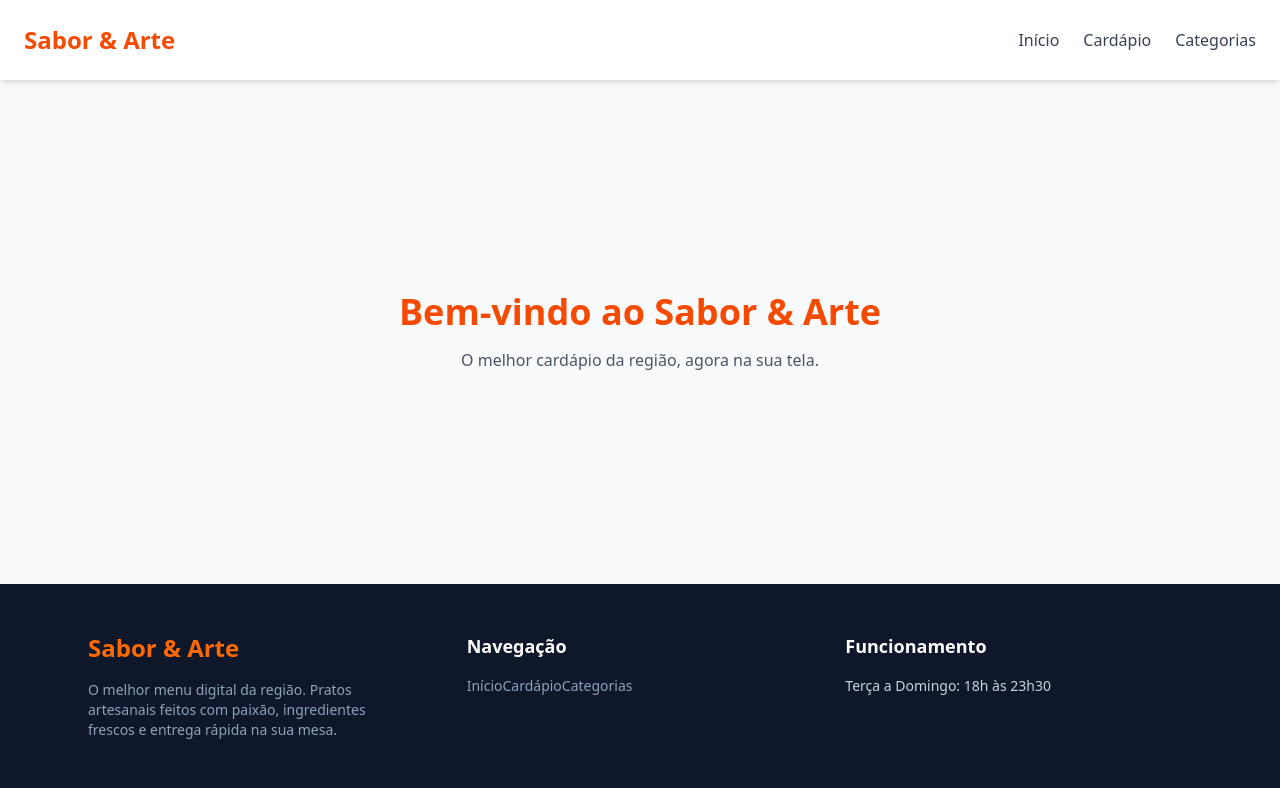
Repository: LuigiBLombardo/Next---Atividade
Page: / (app in sistema-cardapio/)
These files come from the project's save history. The page is drawn as it stood at one moment and after the next save; the edit follows.
The browser window is 1280 px wide. The pictures show the whole page.
The project was rebuilt for these pictures with package versions that can differ from the ones it lists, and the page was loaded fresh each time. The framework's server and built-in components were replaced by stand-ins that run in the browser. Also part of the build but not shown: sistema-cardapio/next.config.mjs.

Above is the page before, as saved 2026-09-04 19:36:09.

After the next save:
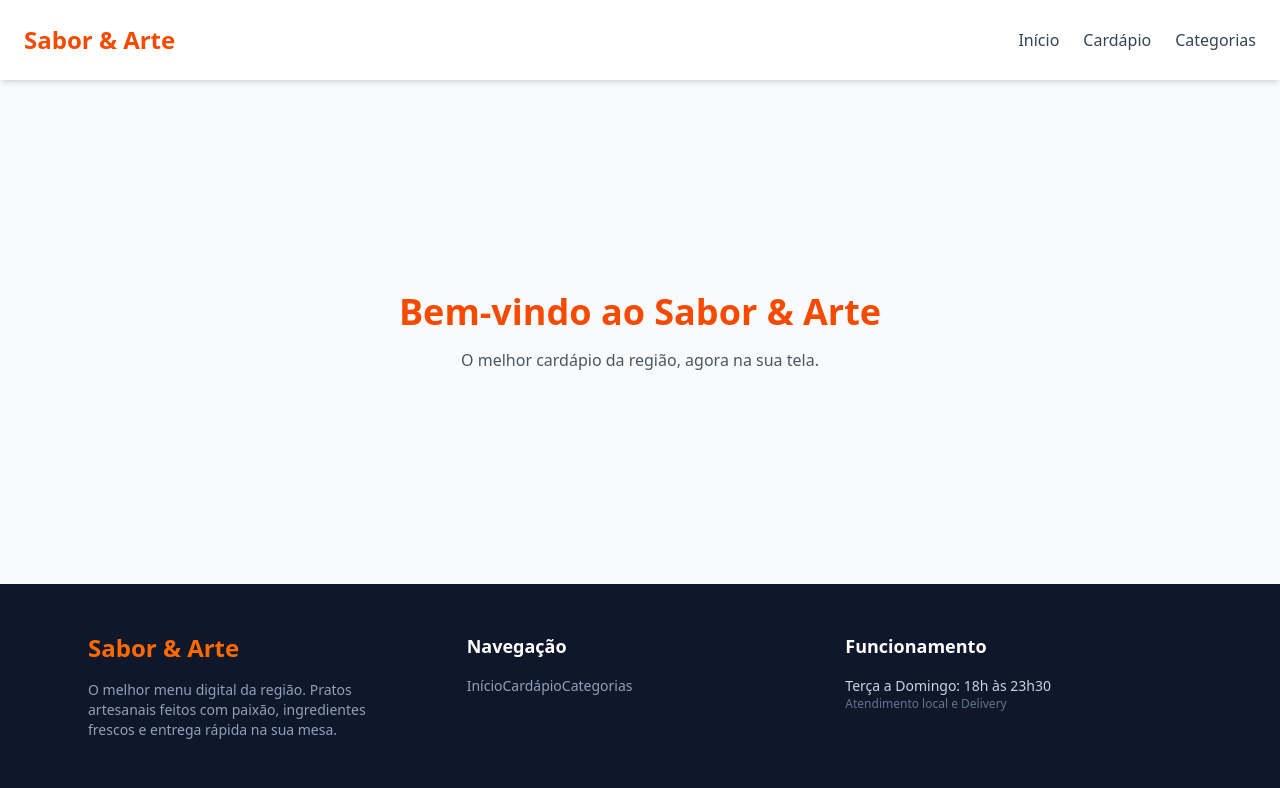
Saved 12 s later.
--- a/sistema-cardapio/src/components/Footer.js
+++ b/sistema-cardapio/src/components/Footer.js
@@ -37,7 +37,7 @@ export default function Footer(){
                         Terça a Domingo: 18h às 23h30
                     </p>
                     <p className="text-xs text-slate-500 mb-4">
-
+                        Atendimento local e Delivery
                     </p>
 
                 </div>
